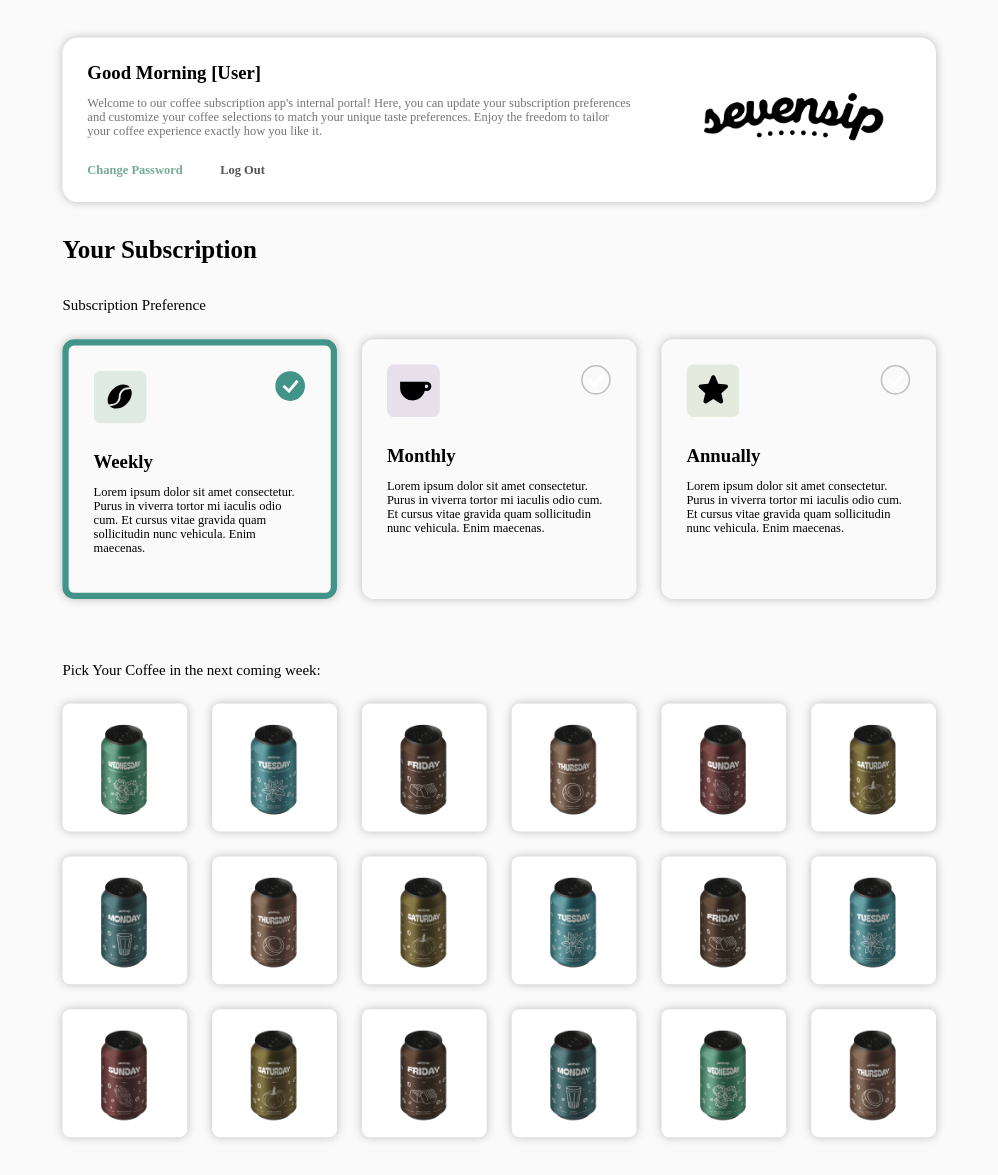
Repository: Haydenleung/COMP-4170-Final-Project
Page: http://localhost/main
An editor plug-in stored every save of this project. The page is shown before and after the next save, followed by the edit.
The browser window is 1280 px wide. The pictures show the whole page, at 78% of full size.
The page is served by the project's Node server (app.js).

Above is the page before, as saved 2024-03-22 18:37:14.

### views/main.ejs
<%- include('partials/header') %>


    <div class="main-container">
        <div class="main-subcontainer">
            <div class="main-welcome">
                <div class="main-greeting">
                    <h3>Good Morning [User]</h3>
                    <p>Welcome to our coffee subscription app's internal portal! Here, you can update your subscription
                        preferences and customize your coffee selections to match your unique taste preferences. Enjoy
                        the freedom to tailor your coffee experience exactly how you like it.</p>
                </div>
                <div class="main-feature">
                    <a href="/edit" class="mainbtn chnpassword">Change Password</a>
                    <a href="/" class="mainbtn logout">Log Out</a>
                </div>
            </div>
            <div class="main-logo-container">
                <img class="main-logo" src="/images/logo.png" alt="company logo" />
            </div>
        </div>
        <div class="main-content">
            <h4>Your Subscription</h4>
            <div class="subscribe-section">
                <h5>Subscription Preference</h5>
                <div class="subscribe-container">
                    <div class="sub-option sub-selected">
                        <div class="tick">
                            <svg viewBox="0 0 100 100" xmlns="http://www.w3.org/2000/svg">
                                <circle cx="50" cy="50" r="45" fill="#429488" stroke="#429488" stroke-width="5" />
                            </svg>
                            <img class="sub-tick" src="/images/tick.svg" alt="icon" />
                        </div>
                        <img class="sub-icon" src="/images/week.svg" alt="icon" />
                        <div class="sub-title">Weekly</div>
                        <p class="sub-body">Lorem ipsum dolor sit amet consectetur. Purus in viverra tortor mi iaculis
                            odio cum. Et
                            cursus vitae gravida quam sollicitudin nunc vehicula. Enim maecenas.</p>
                    </div>
                    <div class="sub-option">
                        <div class="tick">
                            <svg viewBox="0 0 100 100" xmlns="http://www.w3.org/2000/svg">
                                <circle cx="50" cy="50" r="45" fill="none" stroke="#C0C0C0" stroke-width="5" />
                            </svg>
                            <img class="sub-tick" src="/images/tick.svg" alt="icon" />
                        </div>
                        <img class="sub-icon" src="/images/month.svg" alt="icon" />
                        <div class="sub-title">Monthly</div>
                        <p class="sub-body">Lorem ipsum dolor sit amet consectetur. Purus in viverra tortor mi iaculis
                            odio cum. Et
                            cursus vitae gravida quam sollicitudin nunc vehicula. Enim maecenas.</p>
                    </div>
                    <div class="sub-option">
                        <div class="tick">
                            <svg viewBox="0 0 100 100" xmlns="http://www.w3.org/2000/svg">
                                <circle cx="50" cy="50" r="45" fill="none" stroke="#C0C0C0" stroke-width="5" />
                            </svg>
                            <img class="sub-tick" src="/images/tick.svg" alt="icon" />
                        </div>
                        <img class="sub-icon" src="/images/annual.svg" alt="icon" />
                        <div class="sub-title">Annually</div>
                        <p class="sub-body">Lorem ipsum dolor sit amet consectetur. Purus in viverra tortor mi iaculis
                            odio cum. Et
                            cursus vitae gravida quam sollicitudin nunc vehicula. Enim maecenas.</p>
                    </div>

                </div>
            </div>
            <div class="coffee-section">
                <h5>Pick Your Coffee in the next coming week:</h5>
                <div class="coffee-option">
                    <div class="coffee">
                        <img class="coffee-image" src="/images/03.png" alt="coffee image" />
                    </div>
                    <div class="coffee">
                        <img class="coffee-image" src="/images/02.png" alt="coffee image" />
                    </div>
                    <div class="coffee">
                        <img class="coffee-image" src="/images/05.png" alt="coffee image" />
                    </div>
                    <div class="coffee">
                        <img class="coffee-image" src="/images/04.png" alt="coffee image" />
                    </div>
                    <div class="coffee">
                        <img class="coffee-image" src="/images/07.png" alt="coffee image" />
                    </div>
                    <div class="coffee">
                        <img class="coffee-image" src="/images/06.png" alt="coffee image" />
                    </div>
                    <div class="coffee">
                        <img class="coffee-image" src="/images/01.png" alt="coffee image" />
                    </div>
                    <div class="coffee">
                        <img class="coffee-image" src="/images/04.png" alt="coffee image" />
                    </div>
                    <div class="coffee">
                        <img class="coffee-image" src="/images/06.png" alt="coffee image" />
                    </div>
                    <div class="coffee">
                        <img class="coffee-image" src="/images/02.png" alt="coffee image" />
                    </div>
                    <div class="coffee">
                        <img class="coffee-image" src="/images/05.png" alt="coffee image" />
                    </div>
                    <div class="coffee">
                        <img class="coffee-image" src="/images/02.png" alt="coffee image" />
                    </div>
                    <div class="coffee">
                        <img class="coffee-image" src="/images/07.png" alt="coffee image" />
                    </div>
                    <div class="coffee">
                        <img class="coffee-image" src="/images/06.png" alt="coffee image" />
                    </div>
                    <div class="coffee">
                        <img class="coffee-image" src="/images/05.png" alt="coffee image" />
                    </div>
                    <div class="coffee">
                        <img class="coffee-image" src="/images/01.png" alt="coffee image" />
                    </div>
                    <div class="coffee">
                        <img class="coffee-image" src="/images/03.png" alt="coffee image" />
                    </div>
                    <div class="coffee">
                        <img class="coffee-image" src="/images/04.png" alt="coffee image" />
                    </div>
                </div>
            </div>
        </div>
    </div>

    <%- include('partials/footer') %>

### views/partials/header.ejs
<!DOCTYPE html>
<html lang="en">

<head>
    <meta charset="UTF-8" />
    <meta http-equiv="X-UA-Compatible" content="IE=edge" />
    <meta name="viewport" content="width=device-width, initial-scale=1.0" />
    <link rel="stylesheet" href="styles/main.css" />
    <title>Subscriber Portal</title>
</head>

<body>
    <main>

### app.js
import express from "express";
import pg from "pg";

const app = express();
const port = 3000;

app.set('view engine', 'ejs');

app.use(express.urlencoded({ extended: true }));
app.use(express.static("public"));

app.get("/", (req, res) => {
    res.render("index.ejs");
});

app.get("/register", (req, res) => {
    res.render("register.ejs");
});

app.get("/main", (req, res) => {
    res.render("main.ejs");
});

app.listen(port, () => {
    console.log(`Server running on port ${port}`);
});

### public/styles/main.css
* {
    box-sizing: border-box;
    font-family: "Montserrat";
}

html {
    background-color: #FAFAFA;
    height: 100vh;
    padding: 0;
    margin: 0;
}

body {
    display: flex;
    flex-direction: column;
    padding: 0;
    margin: 0;
    height: 100%;
}

main {
    display: flex;
    flex-grow: 1;
}

.home {
    display: flex;
    flex-direction: row;
    height: 100%;
    width: 100%;
}

.photo {
    object-fit: cover;
    width: 100%;
    height: 100%;
    border-radius: 0 20px 20px 0;
}

.home-photo {
    height: 100%;
    flex-grow: 1;
    overflow: hidden;
}

.home-login {
    min-width: 40rem;
    display: flex;
    flex-direction: column;
    justify-content: center;
    align-items: center;
}

.login-container {
    width: 100%;
    height: 100%;
    display: flex;
    flex-direction: column;
    justify-content: center;
    align-items: center;
    padding: 1rem 8rem;
}

.logo {
    width: 10rem;
    margin-bottom: 4rem;
}

.form-container {
    display: flex;
    flex-direction: column;
    align-items: center;
    /* background-color: grey; */
    width: 100%;
    margin-bottom: 1.5rem;
}

h3 {
    font-size: 1.5em;
}

.form-title {
    text-align: center;
    margin-bottom: 3rem;
}

.form-main {
    width: 100%;
    display: flex;
    flex-direction: column;
    align-items: center;
    gap: 1.5rem;
}

.login-form {
    width: 100%;
}

.login-button {
    width: 100%;
    display: flex;
    flex-direction: column;
    gap: 1.5rem;
    margin-top: 2rem;
}

.forminput {
    width: 100%;
    height: 3rem;
    background-color: transparent;
    border: none;
    border-bottom: 1px solid black;
    padding: 1rem;
    font-size: 1em;
}

.forminput:focus {
    outline: none;
}

.submitbtn,
.regbtn {
    width: 100%;
    height: 3rem;
    border-radius: 6px;
    border: none;
    font-size: 1em;
    font-weight: 600;
    color: white;
    cursor: pointer;
    text-decoration: none;
    display: flex;
    justify-content: center;
    align-items: center;
}

.submitbtn {
    background-color: #73AC92;
}

.regbtn {
    background-color: #969696
}

.regisblue {
    background-color: #3EA1DB;
}

/* Main */

.main-container {
    width: 100%;
    display: flex;
    flex-direction: column;
    align-items: center;
    padding: 3rem 5rem;
}

.main-subcontainer {
    width: 100%;
    background-color: white;
    border-radius: 15pt;
    box-shadow: 0 0 12px rgba(0, 0, 0, 0.25);
    display: flex;
    flex-direction: row;
    padding: 2rem;
    justify-content: center;
    align-items: center;
    gap: 5%;
}

.main-welcome {
    flex-grow: 1;
    display: flex;
    flex-direction: column;
    justify-content: center;
    width: 100%;
    height: 100%;
    gap: 1rem;
}


.main-greeting>p {
    color: #747474;
    font-weight: 500;
}

.mainbtn {
    text-decoration: none;
    font-weight: 600;
}

.mainbtn:hover {
    text-decoration: underline;
    text-underline-offset: 8px;
}

.chnpassword {
    color: #73AC92;
}

.logout {
    color: #545454;
}

.main-feature {
    display: flex;
    flex-direction: row;
    gap: 3rem;
}

.main-logo-container {
    padding: 2rem;
    width: 40%;
}

.main-logo {
    width: 100%;
}

.main-content {
    width: 100%;
}

.subscribe-section {
    width: 100%;
    margin-bottom: 5rem;
}

.subscribe-container {
    display: grid;
    grid-template-columns: 1fr 1fr 1fr;
    gap: 2rem;
}

.sub-option {
    min-height: 12rem;
    box-shadow: 0 0 12px rgba(0, 0, 0, 0.25);
    border-radius: 15px;
    padding: 2rem 2rem;
    position: relative;
}

.sub-selected {
    border: 8px solid #429488;
}

.sub-icon {
    margin-bottom: 2rem;
}

.tick {
    position: absolute;
    right: 2rem;
    top: 2rem;
    width: 2.5rem;
    display: flex;
    justify-content: center;
    align-items: center;
}

.sub-tick {
    position: absolute;
}

.sub-title {
    font-size: 1.5em;
    font-weight: 600;
    margin-bottom: 1rem;
}

.coffee-option {
    --repeat: auto-fit;
}

@media (min-width: calc(250px * 6)) {
    .coffee-option {
        --repeat: 6;
    }
}

.coffee-option {
    width: 100%;
    display: grid;
    grid-template-columns: repeat(var(--repeat, auto-fit), minmax(150px, 1fr));
    gap: 2rem;
}

.coffee {
    width: 100%;
    aspect-ratio: 1/1;
    border-radius: 10px;
    background-color: white;
    box-shadow: 0 0 12px rgba(0, 0, 0, 0.25);
}

.coffee-image {
    width: 100%;
    height: 100%;
    object-fit: contain;
}

h3 {
    margin: 0;
}

h4 {
    font-size: 2em;
}

h5 {
    font-size: 1.2em;
    font-weight: 400;
}

### public/images/tick.svg
<svg width="21" height="17" viewBox="0 0 21 17" fill="none" xmlns="http://www.w3.org/2000/svg">
<path d="M17.9361 0L8.31387 11.7368L2.625 6.47746L0 8.90603L8.74863 17L21 2.42857L17.9361 0Z" fill="white"/>
</svg>

### public/images/week.svg
<svg width="68" height="68" viewBox="0 0 68 68" fill="none" xmlns="http://www.w3.org/2000/svg">
<rect width="68" height="68" rx="10" fill="#73AC92" fill-opacity="0.2"/>
<path d="M24.2499 42.7501C26.4672 42.4209 28.4921 41.3054 29.9554 39.6073C31.4186 37.9092 32.2225 35.7416 32.2203 33.5001C32.2315 30.6863 33.2522 27.9699 35.0969 25.8452C36.9416 23.7204 39.4877 22.3283 42.272 21.9221L46.2649 21.3517C46.157 21.2284 46.0645 21.1051 45.9412 20.9817C40.9153 15.9559 31.2645 17.4667 24.3578 24.3426C18.5149 30.2626 16.5416 38.1251 19.2549 43.4592L24.2499 42.7501Z" fill="black"/>
<path d="M34.6256 33.5C34.6155 36.3133 33.5975 39.0298 31.7562 41.1568C29.9149 43.2838 27.3722 44.6804 24.5894 45.0933L20.7969 45.6329L21.0281 45.895C26.054 50.9208 35.7048 49.4254 42.6115 42.5496C48.4235 36.7529 50.4585 28.875 47.7606 23.6179L42.6115 24.3579C40.4084 24.678 38.3924 25.7754 36.9278 27.4521C35.4632 29.1287 34.6467 31.2739 34.6256 33.5Z" fill="black"/>
</svg>

### public/images/month.svg
<svg width="68" height="68" viewBox="0 0 68 68" fill="none" xmlns="http://www.w3.org/2000/svg">
<rect width="68" height="68" rx="10" fill="#9D73AC" fill-opacity="0.2"/>
<path d="M17 22.3121H51C52.5913 22.3121 54.1174 22.9439 55.2426 24.0683C56.3679 25.1928 57 26.7179 57 28.3082C57 29.8984 56.3679 31.4235 55.2426 32.548C54.1174 33.6725 52.5913 34.3042 51 34.3042H48.496C47.5256 38.076 45.211 41.3642 41.9868 43.5517C38.7625 45.7391 34.8502 46.6753 30.9842 46.1847C27.1182 45.694 23.5643 43.8102 20.9895 40.8868C18.4147 37.9633 16.9962 34.2013 17 30.3069V22.3121ZM49 30.3069H51C51.5304 30.3069 52.0391 30.0963 52.4142 29.7215C52.7893 29.3466 53 28.8383 53 28.3082C53 27.7781 52.7893 27.2697 52.4142 26.8949C52.0391 26.5201 51.5304 26.3095 51 26.3095H49V30.3069Z" fill="black"/>
</svg>

### public/images/annual.svg
<svg width="68" height="68" viewBox="0 0 68 68" fill="none" xmlns="http://www.w3.org/2000/svg">
<rect width="68" height="68" rx="10" fill="#93AC73" fill-opacity="0.2"/>
<path d="M52.3888 30.5244L44.8134 37.1357L47.0827 46.9786C47.2028 47.4932 47.1685 48.0318 46.9842 48.5269C46.7998 49.0221 46.4736 49.452 46.0463 49.7628C45.619 50.0736 45.1096 50.2516 44.5817 50.2744C44.0538 50.2972 43.5309 50.164 43.0783 49.8912L34.4934 44.6842L25.927 49.8912C25.4745 50.164 24.9515 50.2972 24.4236 50.2744C23.8958 50.2516 23.3863 50.0736 22.959 49.7628C22.5317 49.452 22.2055 49.0221 22.0211 48.5269C21.8368 48.0318 21.8026 47.4932 21.9226 46.9786L24.1885 37.1458L16.6115 30.5244C16.2107 30.1788 15.9209 29.7225 15.7784 29.2128C15.636 28.7032 15.6471 28.1628 15.8105 27.6594C15.974 27.156 16.2824 26.7121 16.6971 26.3834C17.1118 26.0546 17.6143 25.8555 18.1417 25.8112L28.1291 24.9462L32.0276 15.6474C32.2312 15.1595 32.5746 14.7427 33.0146 14.4496C33.4546 14.1564 33.9714 14 34.5001 14C35.0288 14 35.5457 14.1564 35.9857 14.4496C36.4256 14.7427 36.769 15.1595 36.9726 15.6474L40.8829 24.9462L50.867 25.8112C51.3944 25.8555 51.8969 26.0546 52.3116 26.3834C52.7263 26.7121 53.0347 27.156 53.1981 27.6594C53.3615 28.1628 53.3727 28.7032 53.2302 29.2128C53.0878 29.7225 52.798 30.1788 52.3972 30.5244H52.3888Z" fill="black"/>
</svg>

Loaded but not shown: views/partials/footer.ejs (common file)

After the next save:
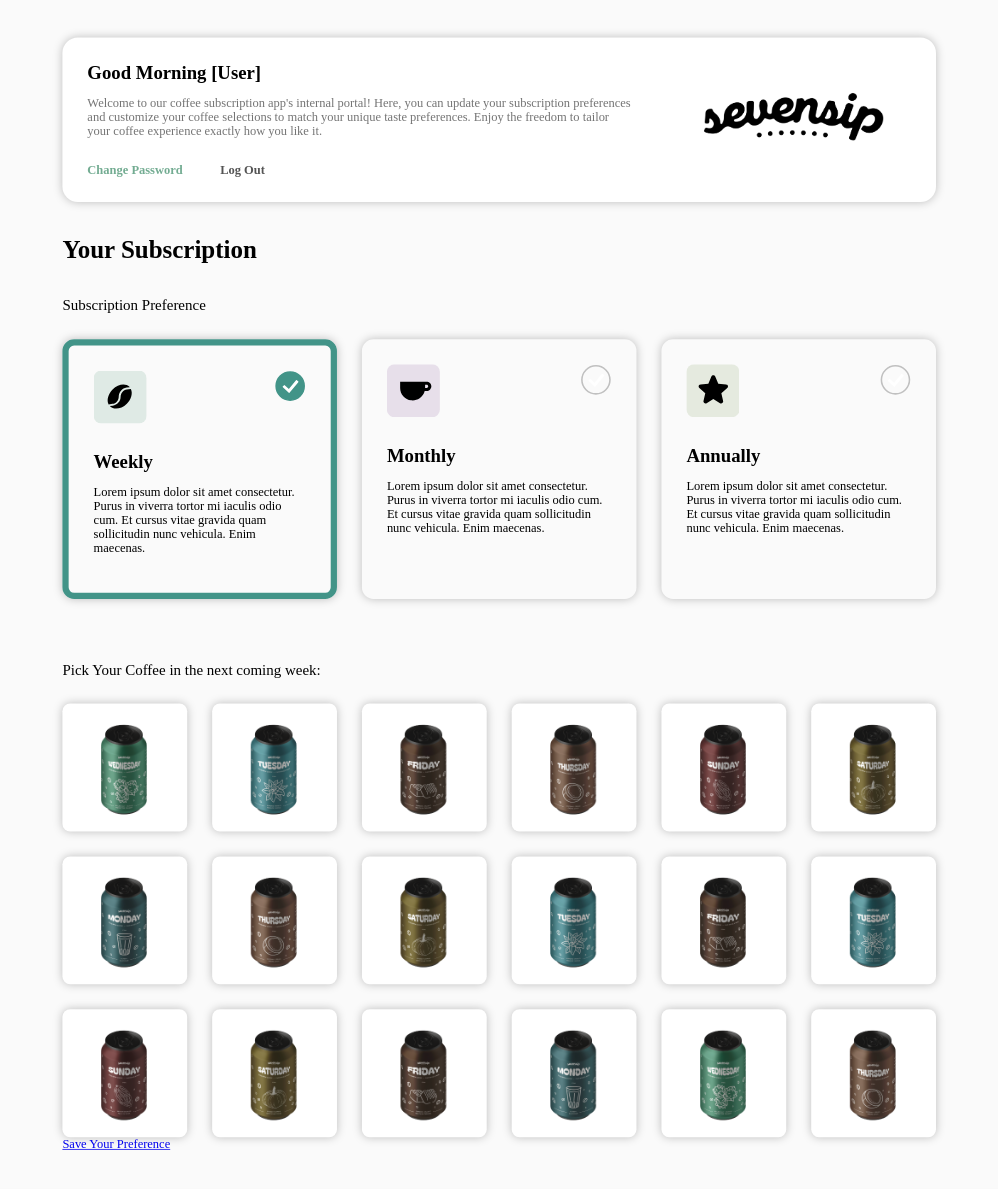
Saved 95 s later.
--- a/views/main.ejs
+++ b/views/main.ejs
@@ -125,6 +125,7 @@
                     </div>
                 </div>
             </div>
+            <a href="/">Save Your Preference</a>
         </div>
     </div>
 
